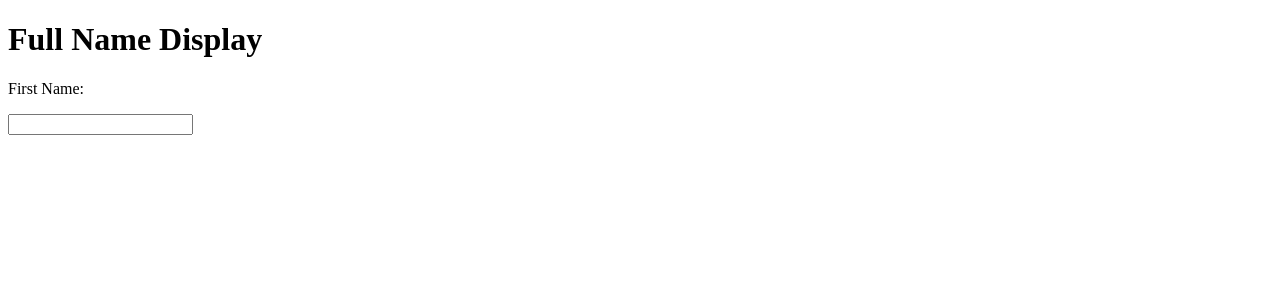
Repository: rajratangm/NameForm
Page: / (app in nameform/)
These files come from the project's save history. The page is drawn as it stood at one moment and after the next save; the edit follows.
The browser window is 1280 px wide. The pictures show the whole page.
The project was rebuilt for these pictures with package versions that can differ from the ones it lists, and the page was loaded fresh each time. Also part of the build but not shown: nameform/vite.config.js.

Above is the page before, as saved 2024-04-02 16:23:47.

After the next save:
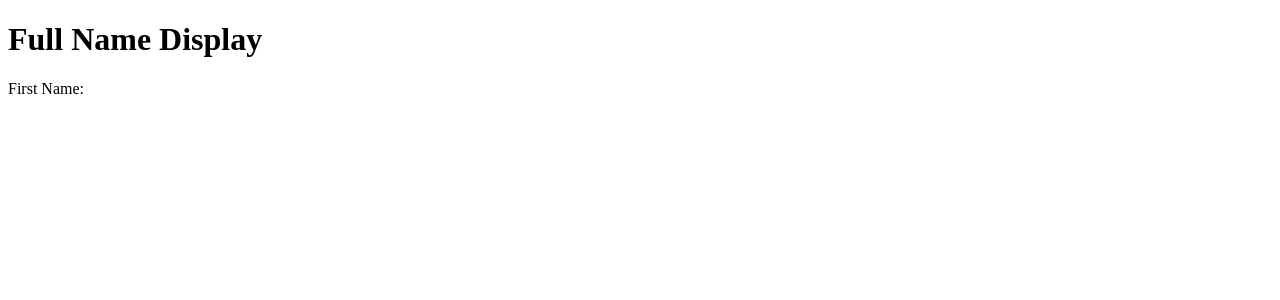
Saved 118 s later.
--- a/nameform/src/App.jsx
+++ b/nameform/src/App.jsx
@@ -10,7 +10,7 @@ function App() {
     <>
     <h1>Full Name Display</h1>
     <p>First Name:</p>
-    <input></input>
+
 
 
     </>
